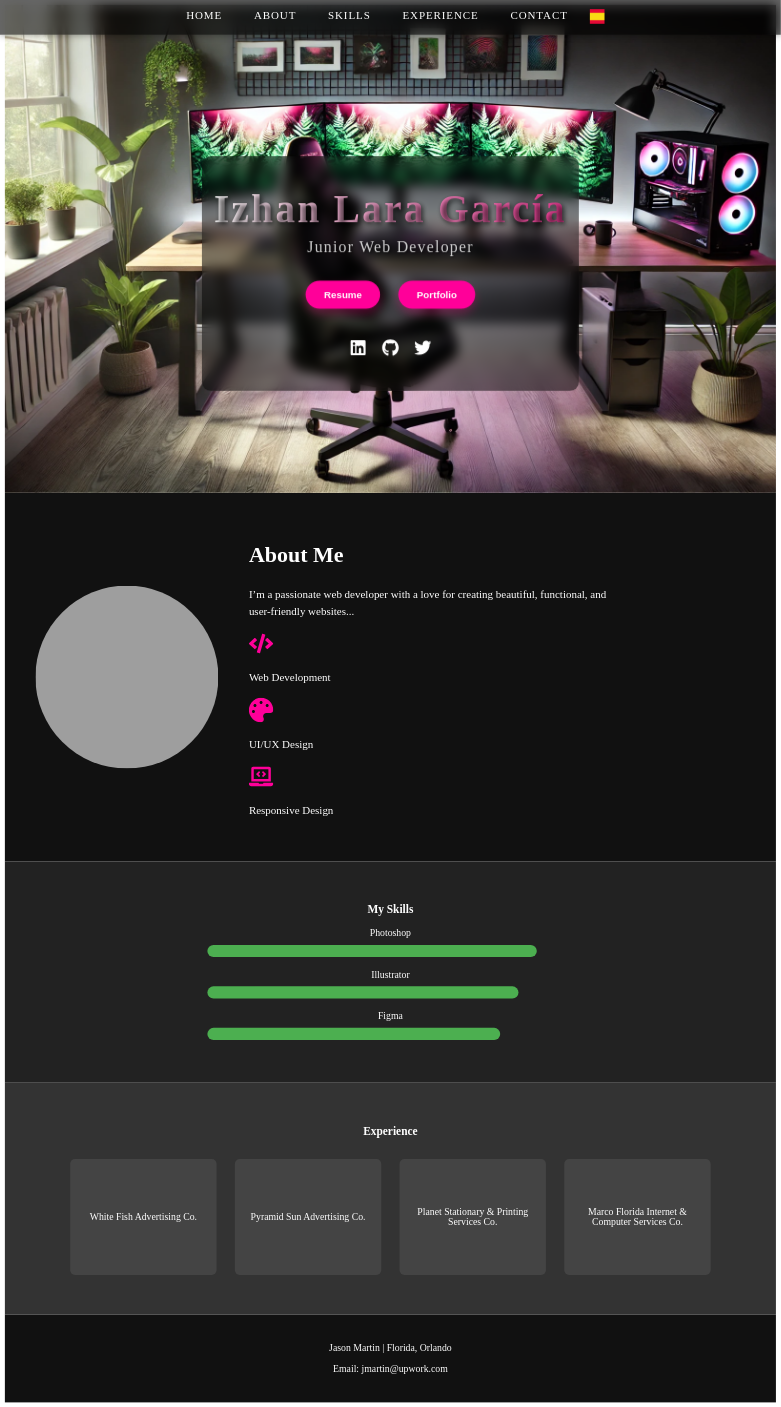
Repository: izhanlaraagarcia/izhanlaraagarcia.github.io
Page: / (app in vite-project/)
An editor plug-in stored every save of this project. The page is shown before and after the next save, followed by the edit.
The browser window is 1280 px wide. The pictures show the whole page, at 61% of full size.
Pictures or frames that could not be fetched are drawn as grey boxes. The project was rebuilt for these pictures with package versions that can differ from the ones it lists, and the page was loaded fresh each time. Also part of the build but not shown: vite-project/vite.config.js.

Above is the page before, as saved 2024-09-17 21:26:54.

After the next save:
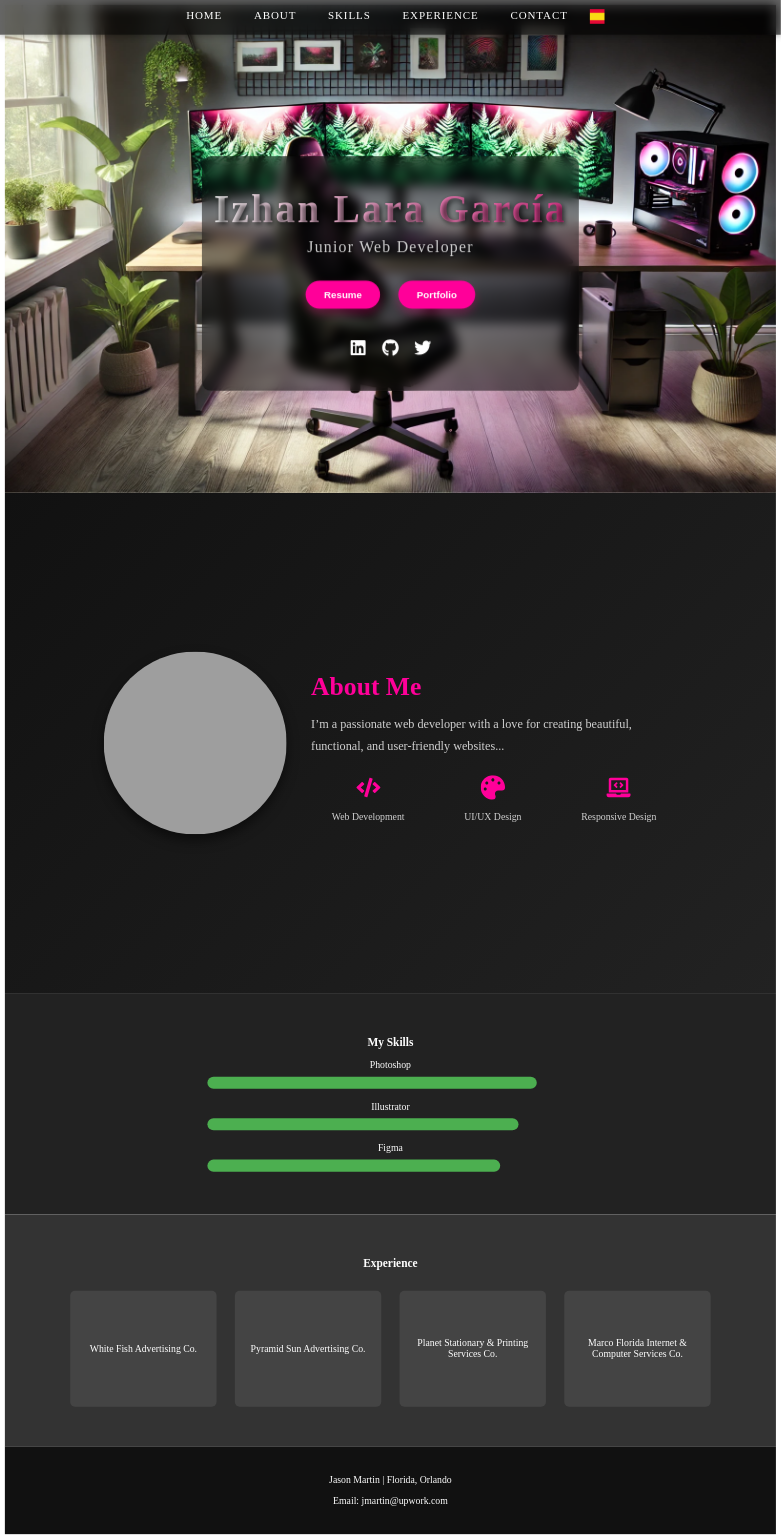
Saved 30 s later.
--- a/vite-project/src/index.css
+++ b/vite-project/src/index.css
@@ -176,38 +176,71 @@
 
 
 /* About */
+/* About */
 .about {
   display: flex;
-  justify-content: space-between;
+  justify-content: center;
   align-items: center;
   padding: 50px;
-  background-color: #111;
-  color: white;
+  background: linear-gradient(135deg, #111, #222); /* Fondo con degradado */
+  color: white;
+  min-height: 100vh;
 }
 
 .about-content {
   display: flex;
   align-items: center;
-}
-
-.about-content img {
+  gap: 40px;
+}
+
+.profile-image {
   width: 300px;
   height: 300px;
   border-radius: 50%;
-  margin-right: 50px;
+  box-shadow: 0 10px 20px rgba(0, 0, 0, 0.5); /* Sombra alrededor de la imagen */
+  cursor: pointer;
+  transition: transform 0.3s ease, box-shadow 0.3s ease;
 }
 
 .about-text {
   max-width: 600px;
+  text-align: left;
 }
 
 .about-text h2 {
-  font-size: 36px;
+  font-size: 42px;
+  font-weight: 800;
+  margin-bottom: 20px;
+  color: #f09;
 }
 
 .about-text p {
-  font-size: 18px;
-  line-height: 1.6;
+  font-size: 20px;
+  line-height: 1.8;
+  color: rgba(255, 255, 255, 0.8);
+}
+
+.about-icons {
+  display: flex;
+  justify-content: space-around;
+  margin-top: 30px;
+  gap: 30px;
+}
+
+.about-icons div {
+  text-align: center;
+  color: white;
+}
+
+.about-icons p {
+  font-size: 16px;
+  margin-top: 10px;
+}
+
+/* Hover en la imagen de perfil */
+.profile-image:hover {
+  transform: scale(1.1);
+  box-shadow: 0 15px 25px rgba(0, 0, 0, 0.7);
 }
 
 
